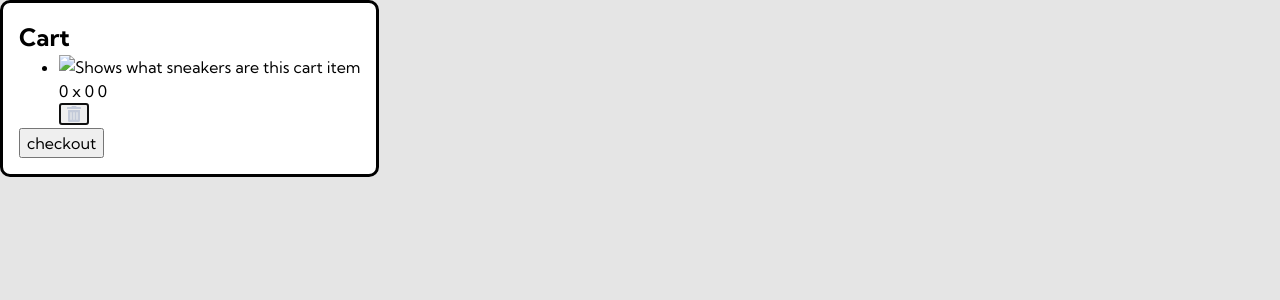
Repository: NikitaVologdin/React-Commerce-Product-Page
Page: /, after clicking the first element matching `button.header__cart-icon`
An editor plug-in stored every save of this project. The page is shown before and after the next save, followed by the edit.
The browser window is 1280 px wide. The pictures show the whole page.
The project was rebuilt for these pictures with package versions that can differ from the ones it lists, and the page was loaded fresh each time. Also part of the build but not shown: vite.config.ts.

Above is the page before, as saved 2024-11-09 13:11:53.

### index.html
<!DOCTYPE html>
<html lang="en">
  <head>
    <meta charset="UTF-8" />
    <link rel="icon" type="image/svg+xml" href="/vite.svg" />
    <meta name="viewport" content="width=device-width, initial-scale=1.0" />
    <title>Vite + React + TS</title>
  </head>
  <body>
    <div id="root" class="app"></div>
    <script type="module" src="/src/main.tsx"></script>
  </body>
</html>

### src/index.css
@import url("https://fonts.googleapis.com/css2?family=Kumbh+Sans:wght,YOPQ@100..900,40..300&display=swap");
@import "/src/styles/reset.css";
:root {
  font-family: "Kumbh Sans", sans-serif;
  line-height: 1.5;
  font-weight: 400;

  color-scheme: light;
  color: var(--dark-grayish-blue);
  background-color: var(--white);

  font-synthesis: none;
  text-rendering: optimizeLegibility;
  -webkit-font-smoothing: antialiased;
  -moz-osx-font-smoothing: grayscale;

  --orange: hsl(26, 100%, 55%);
  --pale-orange: hsl(25, 100%, 94%);
  --very-dark-blue: hsl(220, 13%, 13%);
  --dark-grayish-blue: hsl(219, 9%, 45%);
  --grayish-blue: hsl(220, 14%, 75%);
  --light-grayish-blue: hsl(223, 64%, 98%);
  --white: hsl(0, 0%, 100%);
  --black: hsla(0, 0%, 0%, 0.75);
}

.header {
  display: flex;
  align-items: center;
  padding: 24px 24px 29px;
  &__logo {
    margin-right: auto;
  }
  &__hamburger {
    margin-right: 16px;
    position: relative;
    top: 1px;
  }
}

.hamburger {
  width: 16px;
  height: 15px;
  display: flex;
  flex-direction: column;
  justify-content: space-between;
  border: none;
  padding: 0;
  background: none;
  cursor: pointer;
  z-index: 1;
  &__line {
    width: 100%;
    height: 3px;
    background-color: var(--dark-grayish-blue);
    opacity: 1;
    transition: opacity 0.15s ease-in-out, transform 0.2s ease-in-out;
  }
  &_close > &__line:last-child {
    opacity: 0;
  }
  &_close > &__line:first-child {
    transform: rotate(45deg) translate(4px, 2px);
  }
  &_close > &__line:nth-child(2) {
    transform: rotate(-45deg) translate(2px, 0px);
  }
}

.nav {
  background-color: var(--white);
  position: absolute;
  height: 100vh;
  top: 0;
  bottom: 0;
  left: -100%;
  padding: 92px 130px 0px 25px;
  transition: left 0.3s ease-in-out;
  &__list {
    display: flex;
    flex-direction: column;
    gap: 20px;
    padding-left: 0;
  }
  &_open {
    left: 0;
  }
}

.nav-list {
  &__item {
    list-style: none;
    color: var(--very-dark-blue);
    font-weight: 700;
    font-size: 18px;
    line-height: 26px;
  }
}

.cart-icon {
  border: none;
  background: none;
  padding: 0;
  position: relative;
  cursor: pointer;
  margin-right: 22px;
  &__amount {
    display: flex;
    justify-content: center;
    align-items: center;
    border-radius: 45%;
    position: absolute;
    top: -6px;
    right: -8px;
    padding: 1px 8px;
    color: var(--white);
    background-color: var(--orange);
    font-size: 10px;
    font-weight: 700;
  }
  &__svg {
    fill: var(--very-dark-blue);
  }
}

.avatar {
  border: none;
  background: none;
  cursor: pointer;
}

.cart {
  border-radius: 10px;
  &__title {
    font-size: 16px;
    font-weight: 700;
    padding: 24px 0px;
    border: none;
  }
  &__hr {
    background-color: var(--grayish-blue);
  }
}

### src/App.tsx
import Header from "./sections/Header";
import Logo from "./components/Logo";
import { IStockItem } from "./types/stock";

function App() {
  const stock: IStockItem[] = [
    {
      title: "Fall Limited Edition Sneakers",
      price: 250,
      discount: 50,
      id: "aa001",
      img: [
        "image-product-1.jpg",
        "image-product-2.jpg",
        "image-product-3.jpg",
        "image-product-4.jpg",
      ],
      thumbnails: [
        "image-product-1-thumbnail.jpg",
        "image-product-2-thumbnail.jpg",
        "image-product-3-thumbnail.jpg",
        "image-product-4-thumbnail.jpg",
      ],
    },
  ];
  return (
    <>
      <Header>
        <Logo logo={"/images/logo.svg"} />
      </Header>
    </>
  );
}

export default App;

### src/styles/reset.css
/*
  Josh's Custom CSS Reset
  https://www.joshwcomeau.com/css/custom-css-reset/
*/

*,
*::before,
*::after {
  box-sizing: border-box;
}

* {
  margin: 0;
}

body {
  line-height: 1.5;
  -webkit-font-smoothing: antialiased;
}

img,
picture,
video,
canvas,
svg {
  display: block;
  max-width: 100%;
}

input,
button,
textarea,
select {
  font: inherit;
}

p,
h1,
h2,
h3,
h4,
h5,
h6 {
  overflow-wrap: break-word;
}

p {
  text-wrap: pretty;
}
h1,
h2,
h3,
h4,
h5,
h6 {
  text-wrap: balance;
}

#root,
#__next {
  isolation: isolate;
}

### src/sections/Header.tsx
"use client";
import { useState, useContext } from "react";
import { type IHeaderProps } from "../types/header";
import CartIcon from "../components/cart/CartIcon";
import Hamburger from "../components/Hamburger";
import Nav from "../components/Nav";
import { cartContext } from "../store/CartContext";
import Cart from "../components/cart/Cart";

interface IAvatarProps {
  user: {
    avatar: string;
  };
}

function Avatar({ user }: IAvatarProps) {
  return (
    <button aria-label="Open profile" className="header__avatar avatar">
      <img
        src={user.avatar}
        width={24}
        height={24}
        alt=""
        className="avatar__img"
      />
    </button>
  );
}

export default function Header({ children }: IHeaderProps) {
  const [isMenuOpen, setIsMenuOpen] = useState<boolean>(false);
  const [isCartOpen, setIsCartOpen] = useState<boolean>(false);
  const ctx = useContext(cartContext);

  const user = { avatar: "/images/image-avatar.png" };

  return (
    <header className="app__header header">
      <Hamburger isMenuOpen={isMenuOpen} setIsMenuOpen={setIsMenuOpen} />
      {children}
      <Nav isMenuOpen={isMenuOpen} />
      <CartIcon
        isCartOpen={isCartOpen}
        setIsCartOpen={setIsCartOpen}
        amount={ctx.items.length}
      />
      <Cart isCartOpen={isCartOpen} items={ctx.items} />
      <Avatar user={user} />
    </header>
  );
}

### src/components/Logo.tsx
export default function Logo({ logo }: { logo: string }) {
  return (
    <img src={logo} alt="" className="header__logo" width={137} height={20} />
  );
}

### src/components/cart/CartIcon.tsx
import { type ICartIconProps } from "../../types/cart";

export default function CartIcon({
  isCartOpen,
  setIsCartOpen,
  amount,
}: ICartIconProps) {
  function toggleCartHandler() {
    setIsCartOpen(true);
  }
  const icon = (
    <svg
      width="22"
      height="20"
      xmlns="http://www.w3.org/2000/svg"
      className="cart-icon__svg"
    >
      <path
        d="M20.925 3.641H3.863L3.61.816A.896.896 0 0 0 2.717 0H.897a.896.896 0 1 0 0 1.792h1l1.031 11.483c.073.828.52 1.726 1.291 2.336C2.83 17.385 4.099 20 6.359 20c1.875 0 3.197-1.87 2.554-3.642h4.905c-.642 1.77.677 3.642 2.555 3.642a2.72 2.72 0 0 0 2.717-2.717 2.72 2.72 0 0 0-2.717-2.717H6.365c-.681 0-1.274-.41-1.53-1.009l14.321-.842a.896.896 0 0 0 .817-.677l1.821-7.283a.897.897 0 0 0-.87-1.114ZM6.358 18.208a.926.926 0 0 1 0-1.85.926.926 0 0 1 0 1.85Zm10.015 0a.926.926 0 0 1 0-1.85.926.926 0 0 1 0 1.85Zm2.021-7.243-13.8.81-.57-6.341h15.753l-1.383 5.53Z"
        fill=""
        fillRule="nonzero"
      />
    </svg>
  );

  return (
    <button
      aria-label={isCartOpen ? "Close cart" : "Open cart"}
      onClick={toggleCartHandler}
      className="header__cart-icon cart-icon"
    >
      {icon}
      <span className="cart-icon__amount">{amount}</span>
    </button>
  );
}

### src/components/Hamburger.tsx
import { type IHamburgerProps } from "../types/hamburger";

export default function Hamburger({
  isMenuOpen,
  setIsMenuOpen,
}: IHamburgerProps) {
  function clickHandler() {
    setIsMenuOpen(!isMenuOpen);
  }
  return (
    <button
      className={`header__hamburger hamburger ${
        isMenuOpen ? "hamburger_close" : ""
      }`}
      onClick={clickHandler}
      aria-label={isMenuOpen ? "Close menu" : "Open menu"}
    >
      <span className="hamburger__line"></span>
      <span className="hamburger__line"></span>
      <span className="hamburger__line"></span>
    </button>
  );
}

### src/components/Nav.tsx
import { type INavProps } from "../types/nav";

export default function Nav({ isMenuOpen }: INavProps) {
  return (
    <nav className={`header__nav nav ${isMenuOpen ? "nav_open" : ""}`}>
      <ul className="nav__list nav-list">
        <li className="nav-list__item">Collections</li>
        <li className="nav-list__item">Men</li>
        <li className="nav-list__item">Women</li>
        <li className="nav-list__item">About</li>
        <li className="nav-list__item">Contact</li>
      </ul>
    </nav>
  );
}

### src/store/CartContext.tsx
import { createContext } from "react";
import { ICartContext } from "../types/cart";

export const cartContext = createContext<ICartContext>({
  items: [{ title: "", price: 0, quantity: 0, discount: 0, id: "", img: [""] }],
  addItemToCart: () => {},
  removeItemFromCart: () => {},
  increaseQuantity: () => {},
  decreaseQuantity: () => {},
});

### src/components/cart/Cart.tsx
import { useRef, useEffect } from "react";
import { type ICartProps, type ICartItem } from "../../types/cart";
import CartItem from "./CartItem";

export default function Cart({ isCartOpen, items }: ICartProps) {
  const dialogRef = useRef<HTMLDialogElement>(null);
  useEffect(() => {
    if (isCartOpen) return dialogRef.current?.showModal();
    return dialogRef.current?.close();
  }, [isCartOpen]);

  return (
    <dialog className="header__cart cart" ref={dialogRef}>
      <h2 className="cart__title">Cart</h2>
      <div className="cart__hr"></div>
      <ul className="cart__list cart-list">
        {items.map((item: ICartItem) => {
          return (
            <CartItem
              title={item.title}
              thumbnails={item.img}
              price={item.price}
              quantity={item.quantity}
              discount={item.discount}
              id={item.id}
              key={item.id}
            />
          );
        })}
      </ul>
      <button className="cart__checkout">checkout</button>
    </dialog>
  );
}

### src/components/cart/CartItem.tsx
import { type ICartItemProps } from "../../types/cart";

export default function CartItem({
  title,
  thumbnails,
  price,
  quantity,
  discount,
}: ICartItemProps) {
  function calculateTotal(
    price: number,
    quantity: number,
    discount: number | null
  ) {
    if (discount) return (price * quantity * discount) / 100;
    return price * quantity;
  }
  const total = calculateTotal(price, quantity, discount);
  return (
    <li className="cart-list__item cart-item">
      <img
        className="cart-item__img"
        src={thumbnails[0]}
        alt="Shows what sneakers are this cart item"
      />
      <h3 className="cart-item__title">{title}</h3>
      <p className="cart-item__paragraph">
        {`${price} x ${quantity} `}
        <span className="cart-item__paragraph_total">{total}</span>
      </p>
      <button
        className="cart-item__delete"
        aria-label={`Press to delete ${title} from the cart`}
      >
        <img src="/images/icon-delete.svg" alt="" width={14} height={16} />
      </button>
    </li>
  );
}

Loaded but not shown: src/main.tsx (common file)

After the next save:
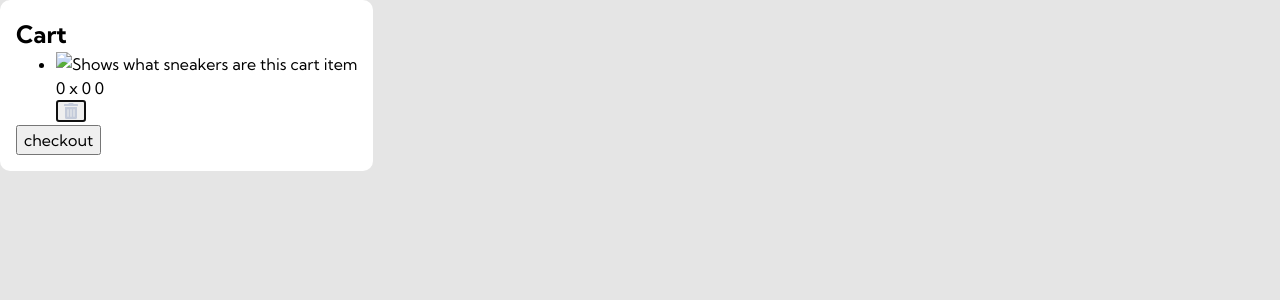
Saved 21 s later.
--- a/src/index.css
+++ b/src/index.css
@@ -131,11 +131,12 @@
 
 .cart {
   border-radius: 10px;
+  border: none;
+
   &__title {
     font-size: 16px;
     font-weight: 700;
     padding: 24px 0px;
-    border: none;
   }
   &__hr {
     background-color: var(--grayish-blue);
